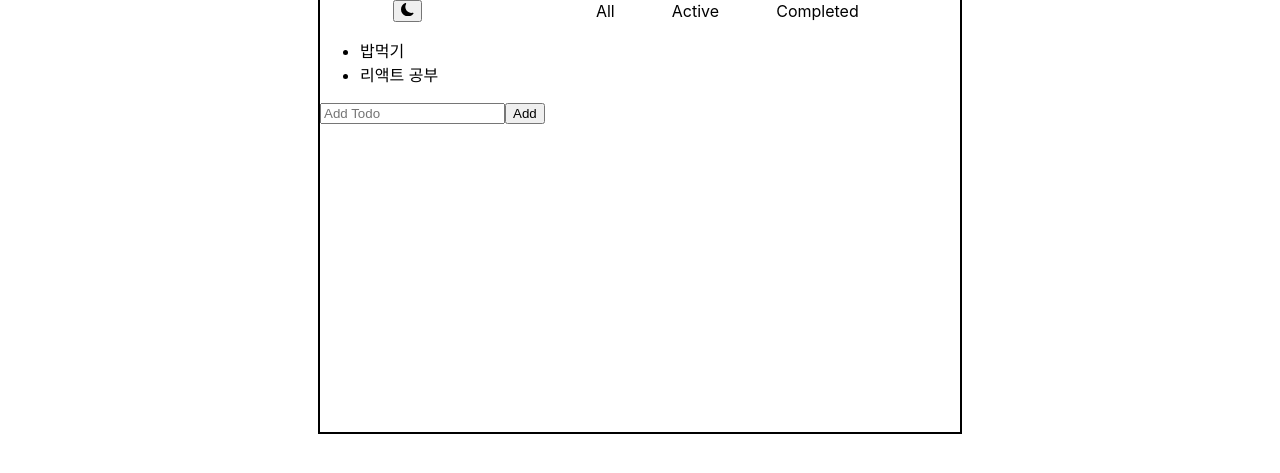
Repository: DongjaJ/React-Todo
Page: / (app in react-todo/)
The author's editor kept a copy of each file at every save. The page is drawn from the files as they stood at one save, then again after a run of saves.
The browser window is 1280 px wide. The pictures show the whole page.
The project was rebuilt for these pictures with package versions that can differ from the ones it lists, and the page was loaded fresh each time.

Above is the page before, as saved 2023-05-15 14:00:19.

### react-todo/public/index.html
<!DOCTYPE html>
<html lang="en">
	<head>
		<meta charset="utf-8" />
		<link rel="icon" href="%PUBLIC_URL%/favicon.ico" />
		<meta name="viewport" content="width=device-width, initial-scale=1" />
		<meta name="theme-color" content="#000000" />
		<meta
			name="description"
			content="Web site created using create-react-app" />
		<link rel="apple-touch-icon" href="%PUBLIC_URL%/logo192.png" />
		<!--
      manifest.json provides metadata used when your web app is installed on a
      user's mobile device or desktop. See https://developers.google.com/web/fundamentals/web-app-manifest/
    -->
		<link rel="manifest" href="%PUBLIC_URL%/manifest.json" />
		<!--
      Notice the use of %PUBLIC_URL% in the tags above.
      It will be replaced with the URL of the `public` folder during the build.
      Only files inside the `public` folder can be referenced from the HTML.

      Unlike "/favicon.ico" or "favicon.ico", "%PUBLIC_URL%/favicon.ico" will
      work correctly both with client-side routing and a non-root public URL.
      Learn how to configure a non-root public URL by running `npm run build`.
    -->
		<title>📘 Todo</title>
	</head>
	<body>
		<noscript>You need to enable JavaScript to run this app.</noscript>
		<div id="root"></div>
		<!--
      This HTML file is a template.
      If you open it directly in the browser, you will see an empty page.

      You can add webfonts, meta tags, or analytics to this file.
      The build step will place the bundled scripts into the <body> tag.

      To begin the development, run `npm start` or `yarn start`.
      To create a production bundle, use `npm run build` or `yarn build`.
    --></body>
</html>

### react-todo/src/App.js
import './App.css';
import Footer from './components/Footer';
import Header from './components/Header';
import Todos from './components/Todos';

function App() {
	return (
		<div className="App">
			<Header></Header>
			<Todos></Todos>
			<Footer></Footer>
		</div>
	);
}

export default App;

### react-todo/src/App.css
body {
	display: flex;
	flex-direction: column;
	justify-content: center;
	align-items: center;
}

.App {
	outline: 2px solid black;
	width: 50vw;
	height: 60vh;
}

### react-todo/src/components/Footer.jsx
import React from 'react';

export default function Footer() {
	return (
		<div>
			<input placeholder="Add Todo"></input>
			<button>Add</button>
		</div>
	);
}

### react-todo/src/components/Header.jsx
import React from 'react';
import { BsFillSunFill, BsFillMoonFill } from 'react-icons/bs';
import stlyes from '../styles/Header.module.css';

export default function Header() {
	return (
		<div className={stlyes.header}>
			<button>
				<BsFillMoonFill />
			</button>
			<div className={stlyes['category-section']}>
				<section>All</section>
				<section>Active</section>
				<section>Completed</section>
			</div>
		</div>
	);
}

### react-todo/src/components/Todos.jsx
import React from 'react';

export default function Todos() {
	return (
		<div>
			<ul>
				<li>밥먹기</li>
				<li>리액트 공부</li>
			</ul>
		</div>
	);
}

### react-todo/src/styles/Header.module.css
.header {
	display: flex;
	justify-content: space-around;
	align-items: center;
}

.category-section {
	display: flex;
	justify-content: space-around;
	align-items: center;
	width: 50%;
}

### react-todo/src/styles/Todos.module.css
.todos {
	width: 100%;
	height: 70%;
}

Loaded but not shown: react-todo/src/index.js (common file); react-todo/src/index.css (common file); react-todo/src/reportWebVitals.js (common file)

After the next 2 saves:
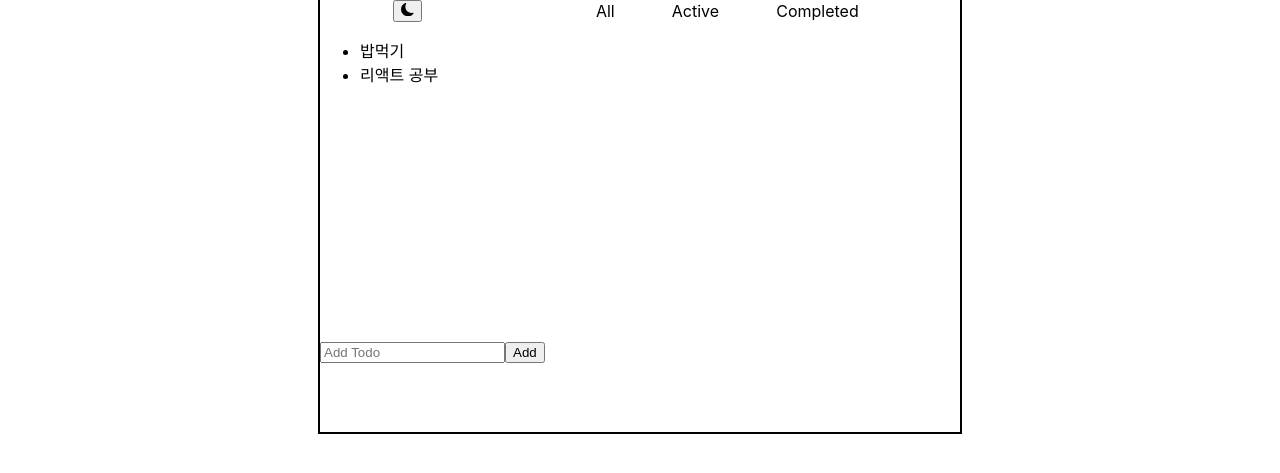
The 2 saves are shown as one change because they came seconds apart.
The last was saved 56 s later.
--- a/react-todo/src/components/Todos.jsx
+++ b/react-todo/src/components/Todos.jsx
@@ -1,8 +1,9 @@
 import React from 'react';
+import styles from '../styles/Todos.module.css';
 
 export default function Todos() {
 	return (
-		<div>
+		<div className={styles.todos}>
 			<ul>
 				<li>밥먹기</li>
 				<li>리액트 공부</li>
